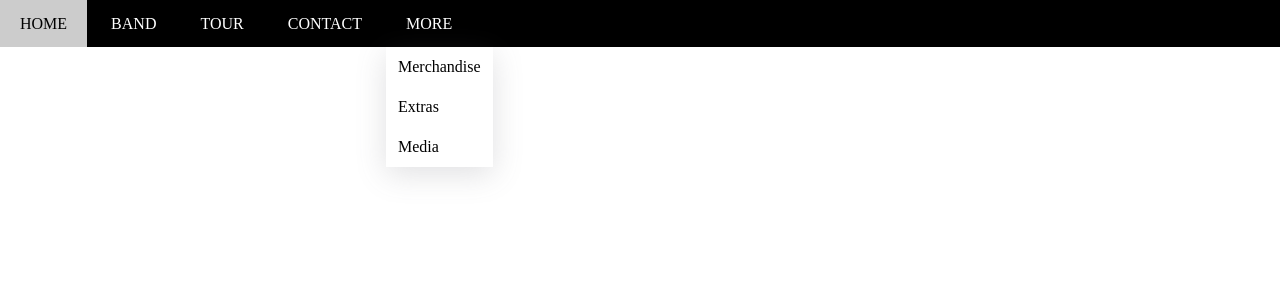
Repository: Dino0411/Dino0411.github.io
Page: index.html
An editor plug-in stored every save of this project. The page is shown before and after the next save, followed by the edit.
The browser window is 1280 px wide. The pictures show the whole page.

Above is the page before, as saved 2021-10-03 22:17:13.

### index.html
<!DOCTYPE html>
<html lang="en">
<head>
    <meta charset="UTF-8">
    <meta http-equiv="X-UA-Compatible" content="IE=edge">
    <meta name="viewport" content="width=device-width, initial-scale=1.0">
    <link rel="stylesheet" href="./assets/css/style.css">
    <title>Document</title>
</head>
<body>
    <div id="main">
        <!-- TODO:header -->
        <div id="header">
            <ul id="nav">
                <li><a href="">Home</a></li>
                <li><a href="">Band</a></li>
                <li><a href="">Tour</a></li>
                <li><a href="">Contact</a></li>
                <li>
                    <a href="">More</a>
                    <ul class="subnav">
                        <li><a href="">Merchandise</a></li>
                        <li><a href="">Extras</a></li>
                        <li><a href="">Media</a></li>
                    </ul>
                </li>
            </ul>
        </div>
        <!-- TODO:slider -->
        <div id="slider">

        </div>
        <!-- TODO:content -->
        <div id="content">

        </div>
        <!-- TODO:footer -->
        <div id="footer">

        </div>
    </div>
</body>
</html>

### assets/css/style.css
/* ! reser css
    ! Emmet(p0;m0)
*/
* {
  margin: 0;
  padding: 0;
  box-sizing: border-box;
}

html {
  font-family: cursive;
}
/* TODO:start
TODO: từ ngoài vào trong
TODO: từ trên xuống dưới
TODO:tổng quan đến chi tiết
*/

/*
? vị trí
? kích thước(width,height)
? màu sắc
? kiểu dáng(kiểu chữ,...)
*/
#main {
}
#header {
  height: 47px;
  background-color: #000;
}
#nav,
.subnav {
  list-style: none;
}
#nav > li {
  display: inline-block;
  position: relative;
}
#nav > li > a {
  color: #fff;
  text-transform: uppercase;
}
#nav li a {
  text-decoration: none;
  padding: 0px 20px;
  line-height: 47px;
}
#nav > li:hover > a,
#nav .subnav a:hover {
  color: #000;
  background-color: #ccc;
  display: block;
}
#nav .subnav {
  /* display: none; */
  position: absolute;
  background-color: #fff;
  box-shadow: rgba(100, 100, 111, 0.2) 0px 7px 29px 0px;
}
#nav .subnav a {
  color: #000;
  padding: 0 12px;
  line-height: 40px;
}
#slider {
  min-height: 500px;
  /* background-color: #333; */
}
#content {
}
#footer {
}

After the next save:
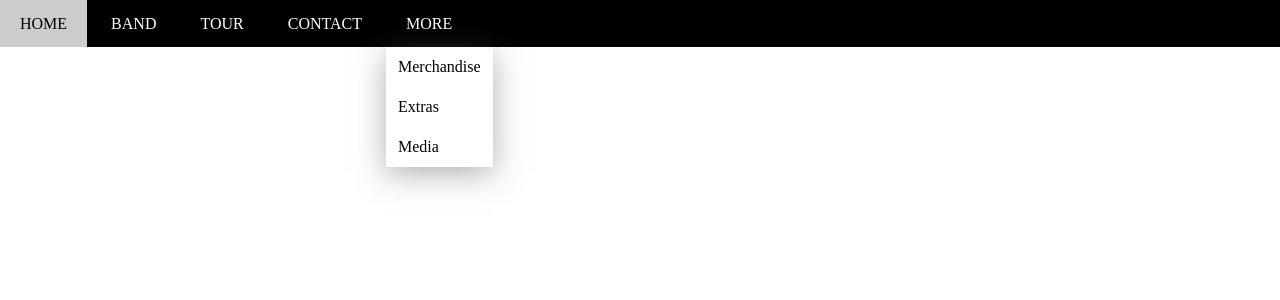
Saved 11 s later.
--- a/assets/css/style.css
+++ b/assets/css/style.css
@@ -55,7 +55,7 @@ TODO:tổng quan đến chi tiết
   /* display: none; */
   position: absolute;
   background-color: #fff;
-  box-shadow: rgba(100, 100, 111, 0.2) 0px 7px 29px 0px;
+  box-shadow: rgba(100, 100, 111, 0.5) 0px 7px 29px 0px;
 }
 #nav .subnav a {
   color: #000;
